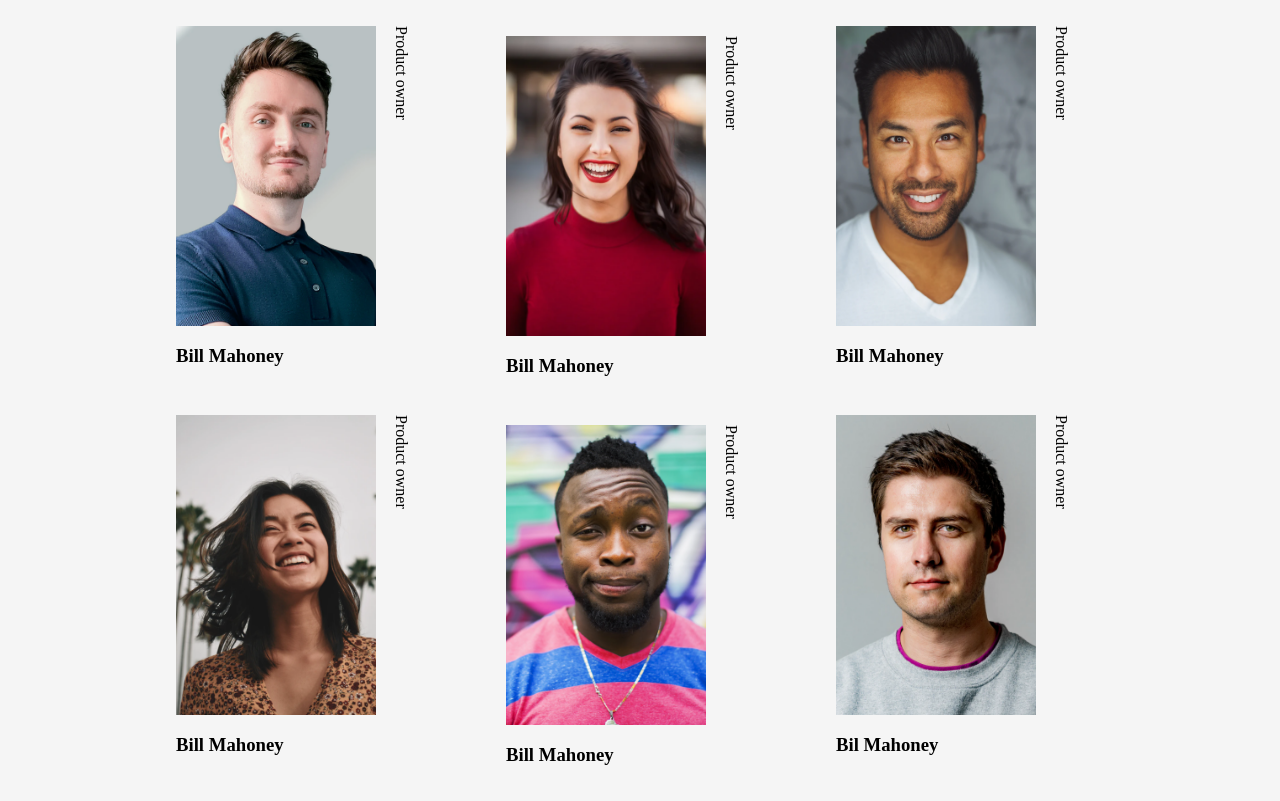
Repository: georgisenze/my-team-page-challeng
Page: index.html
The author's editor kept a copy of each file at every save. The page is drawn from the files as they stood at one save, then again after a run of saves.
The browser window is 1280 px wide. The pictures show the whole page.

Above is the page before, as saved 2023-02-22 22:22:26.

After the next 2 saves:
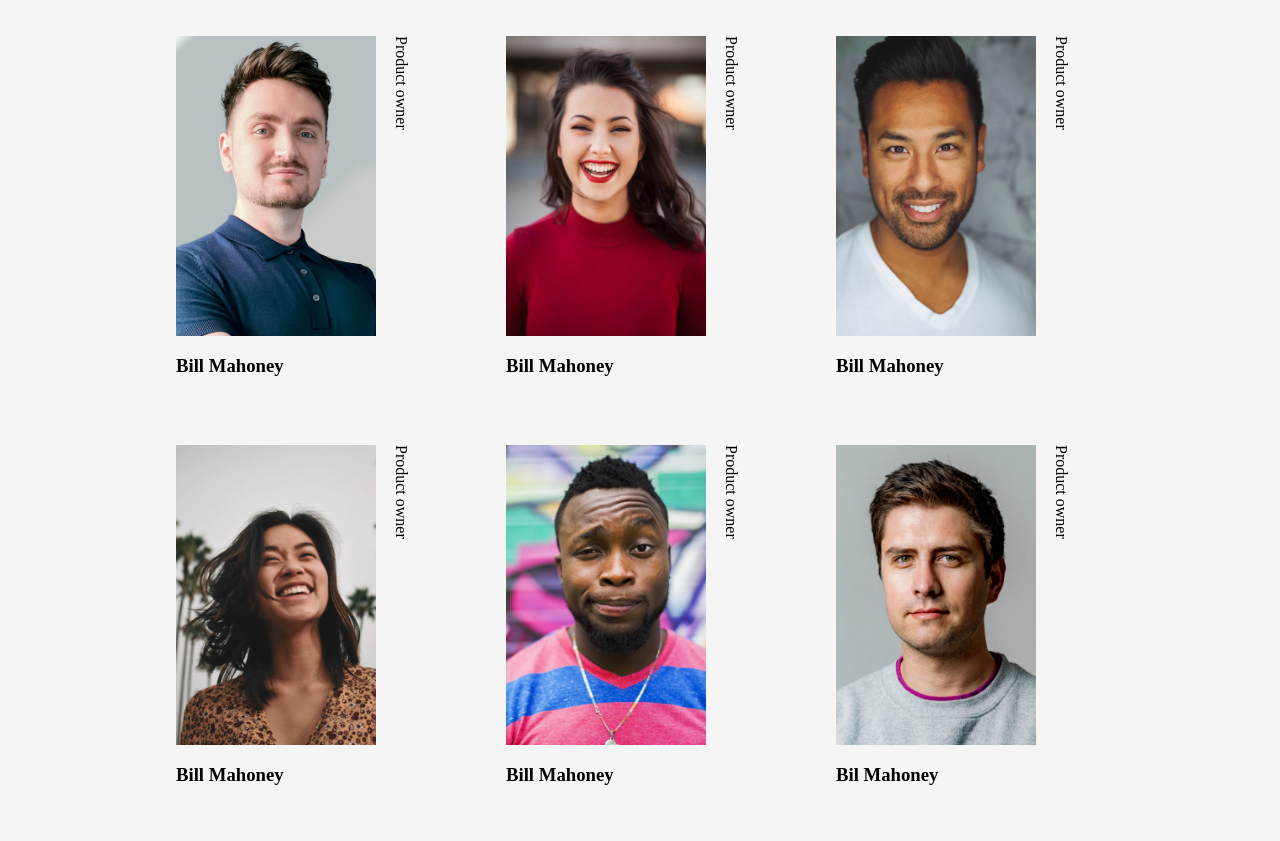
The 2 saves are shown as one change because they came seconds apart.
The last was saved 11 s later.
--- a/assets/css/style.css
+++ b/assets/css/style.css
@@ -19,7 +19,7 @@
   }
 
   .box-centre{
-    margin-top: 20px;
+    padding: 20px;
   }
 
   img {

After the 2 saves that followed:
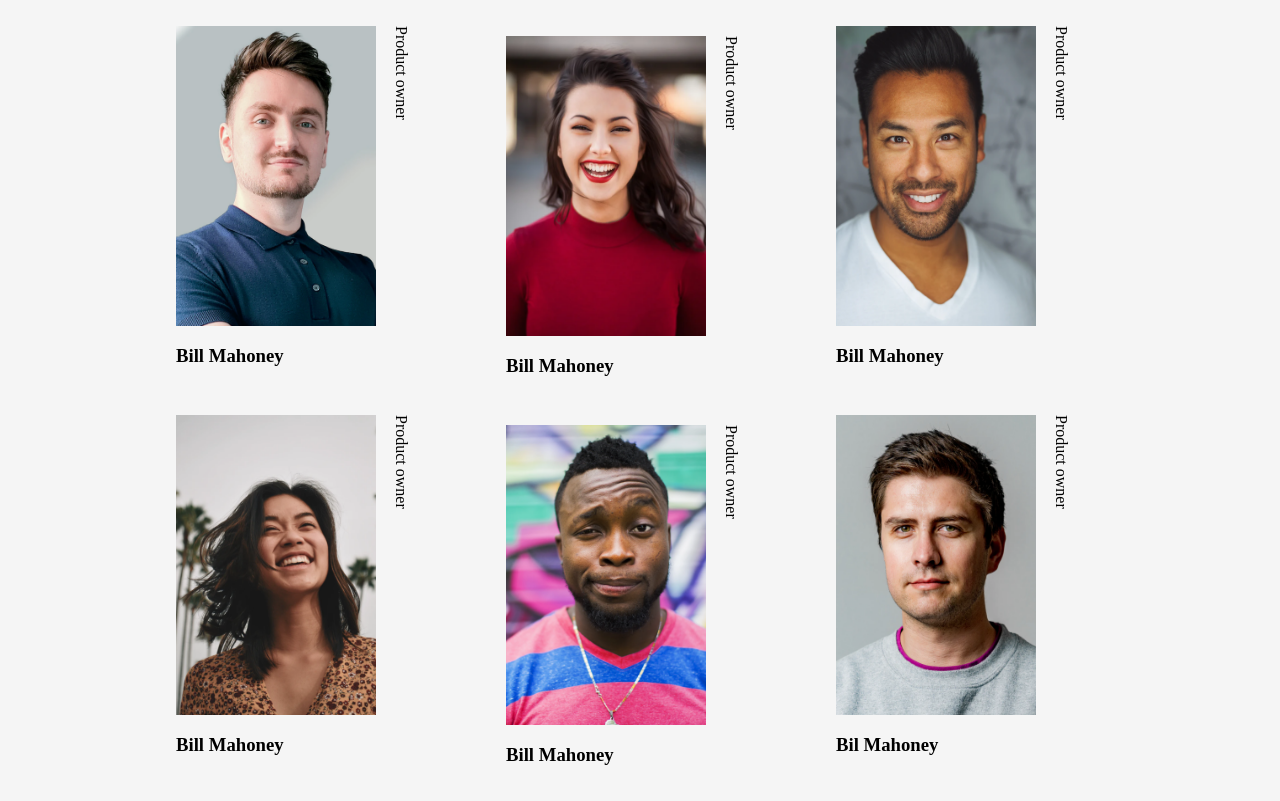
The 2 saves are shown as one change because they came seconds apart.
The last was saved 20 s later.
--- a/assets/css/style.css
+++ b/assets/css/style.css
@@ -19,7 +19,7 @@
   }
 
   .box-centre{
-    padding: 20px;
+    padding-top: 20px;
   }
 
   img {
